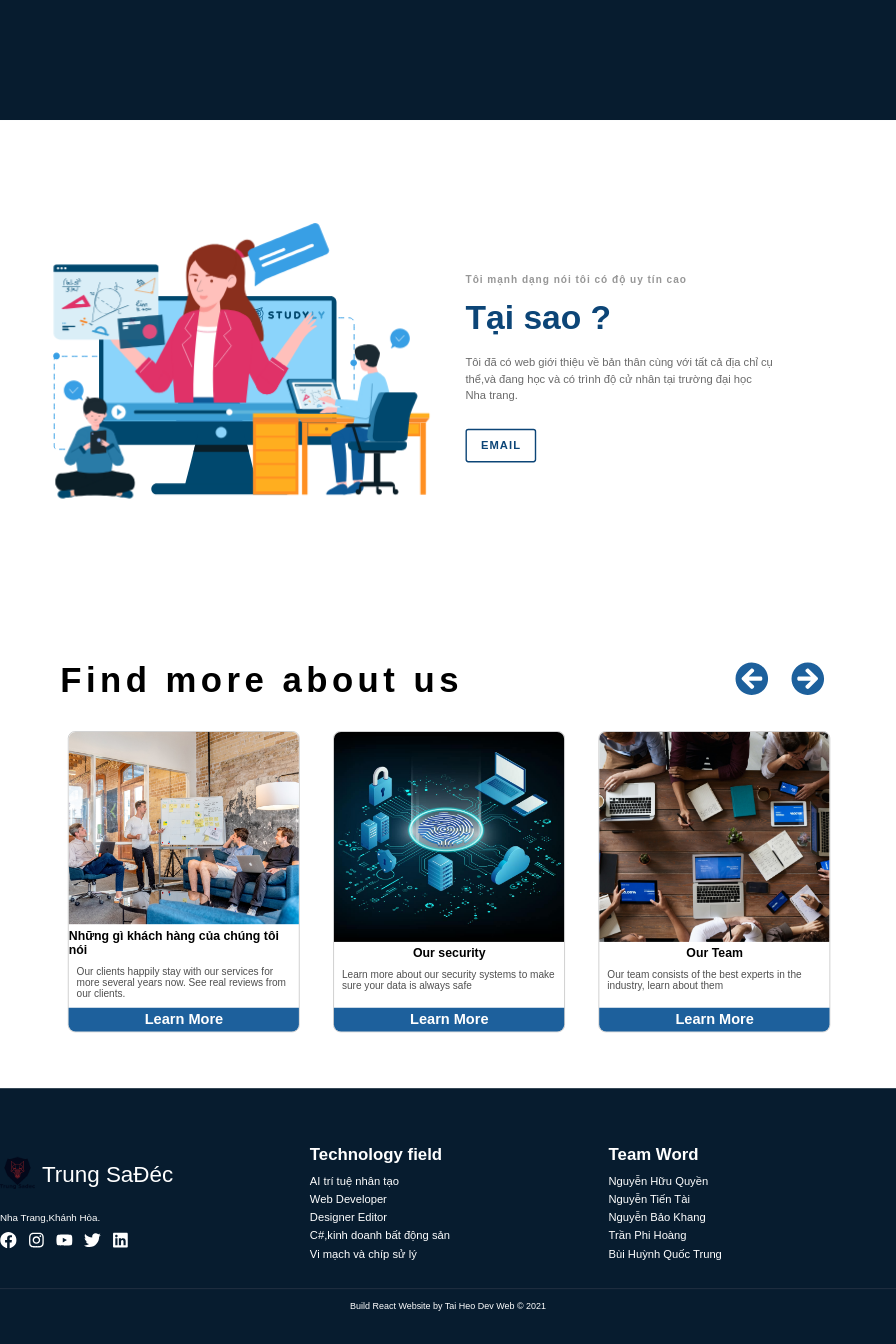
Repository: fdhhhdjd/Profile-Gift-B_H_Q_Trung
Page: /
These files come from the project's save history. The page is drawn as it stood at one moment and after the next save; the edit follows.
The browser window is 1280 px wide. The pictures show the part of the page from y = 3012 to 4932 px (the page is 4932 px tall), at 70% of full size.
Pictures or frames that could not be fetched are drawn as grey boxes. The project was rebuilt for these pictures with package versions that can differ from the ones it lists, and the page was loaded fresh each time. Also part of the build but not shown: src/Styles/PricingStyles.js, src/Data/PricingData.js, src/Pages/PricingPage.js. Imported but missing from the stored project, and not drawn on this page: src/Pages/SignUpPage.

Above is the page before, as saved 2021-10-29 12:45:28.

### src/App.js
import logo from "./logo.svg";
import "./App.css";
import { BrowserRouter as Router, Switch, Route } from "react-router-dom";
import {
  Home,
  Navbar,
  GlobalStyles,
  PricingPage,
  Footer,
} from "./Imports/Index";
function App() {
  return (
    <>
      <Router>
        <GlobalStyles />
        <Navbar />
        <Switch>
          <Route path="/" exact component={Home} />
          <Route path="/pricing" exact component={PricingPage} />
        </Switch>
        <Footer />
      </Router>
    </>
  );
}

export default App;

### src/App.css
.App {
  text-align: center;
}
*{
  text-decoration: none;
}

.App-logo {
  height: 40vmin;
  pointer-events: none;
}

@media (prefers-reduced-motion: no-preference) {
  .App-logo {
    animation: App-logo-spin infinite 20s linear;
  }
}

.App-header {
  background-color: #282c34;
  min-height: 100vh;
  display: flex;
  flex-direction: column;
  align-items: center;
  justify-content: center;
  font-size: calc(10px + 2vmin);
  color: white;
}

.App-link {
  color: #61dafb;
}

@keyframes App-logo-spin {
  from {
    transform: rotate(0deg);
  }
  to {
    transform: rotate(360deg);
  }
}

### src/Imports/Index.js
export { default as Home } from "../Pages/Home";
export { default as PricingPage } from "../Pages/PricingPage";
export { default as SignUpPage } from "../Pages/SignUpPage";
export { default as Navbar } from "../Components/Navbar";
export { default as GlobalStyles } from "../Styles/GlobalStyles";
export { default as Hero } from "../Components/Hero";
export { default as Footer } from "../Pages/Footer";

### src/Pages/Home.js
import React, { memo, useRef, useEffect } from "react";
import { Hero } from "../Imports/Index";
import FeaturesData from "../Components/FeaturesData";
import { Content } from "../Components/Content";
import { heroOne, heroTwo, heroThree } from "../Data/HeroData";
import Carousel from "../Components/Carousel";
const Home = () => {
  return (
    <>
      <Hero />
      <FeaturesData />
      <Content {...heroOne} />
      <Content {...heroTwo} />
      <Content {...heroThree} />
      <Carousel />
    </>
  );
};

export default memo(Home);

### src/Components/Navbar.js
import React, { useState, memo } from "react";
import { data } from "../Data/NavbarData";
import { FaRProject, FaTimes } from "react-icons/fa";
import { CgMenuRight } from "react-icons/cg";
import { IconContext } from "react-icons";
import { useLocation, useHistory } from "react-router-dom";
import {
  Nav,
  NavbarContainer,
  NavIcon,
  NavLogo,
  MobileIcon,
  NavMenu,
  NavItem,
  NavLinks,
} from "../Styles/NavbarStyles";
const Navbar = () => {
  const [show, setShow] = useState(false);
  let history = useHistory();
  let location = useLocation();
  const handleClick = () => {
    setShow(!show);
  };
  const scrollTo = (id) => {
    const element = document.getElementById(id);

    element.scrollIntoView({
      behavior: "smooth",
    });
  };
  const closeMobileMenu = (to, id) => {
    if (id && location.pathname === "/") {
      scrollTo(id);
    }

    history.push(to);
    setShow(false);
  };

  return (
    <>
      <IconContext.Provider value={{ color: "#fff" }}>
        <Nav>
          <NavbarContainer>
            <NavLogo to="/">
              <NavIcon src="./assets/logo2.png" alt="logo" />
              Trung&nbsp;SaĐéc
            </NavLogo>
            <MobileIcon onClick={handleClick}>
              {show ? <FaTimes /> : <CgMenuRight />}
            </MobileIcon>
            <NavMenu show={show}>
              {data.map((el, index) => (
                <NavItem key={index}>
                  <NavLinks onClick={() => closeMobileMenu(el.to, el.id)}>
                    {el.title}
                  </NavLinks>
                </NavItem>
              ))}
            </NavMenu>
          </NavbarContainer>
        </Nav>
      </IconContext.Provider>
    </>
  );
};

export default memo(Navbar);

### src/Components/Hero.js
import React, { useEffect, useRef, memo } from "react";
import { Button, Container, MainHeading } from "../Styles/GlobalStyles";
import {
  HeroVideo,
  HeroSection,
  HeroText,
  ButtonWrapper,
  HeroButton,
  CardB,
  ContactHero,
} from "../Styles/HeroStyles";
import { Typewriter } from "react-simple-typewriter";
import { Link } from "react-router-dom";
const Hero = () => {
  return (
    <>
      <HeroSection>
        <HeroVideo src="./assets/hero.mp4" autoPlay loop />
        <Container>
          <MainHeading>
            Hi,
            <CardB>
              <Typewriter
                loop
                cursor
                cursorStyle={"_"}
                pauseFor={1000}
                delaySpeed={3000}
                color="red"
                deleteSpeed={100}
                words={["I'm Bùi Huỳnh Quốc Trung "]}
              />
            </CardB>
          </MainHeading>
          <HeroText>
            Tôi,chuyên kiểm thử chip và làm vi mạch thiết bị điện tử tự động.
          </HeroText>
          <ButtonWrapper>
            <Link to="signup">
              <Button>Liên Hệ Ngay</Button>
            </Link>
            <a href="tel:0798805741">
              <HeroButton>Gọi Ngay</HeroButton>
            </a>
          </ButtonWrapper>
        </Container>
      </HeroSection>
    </>
  );
};

export default memo(Hero);

### src/Pages/Footer.js
import React from "react";
import {
  FooterLinkItems,
  FooterLinkTitle,
  FooterLink,
  FooterLogo,
  SocialIcon,
  FooterRights,
  FooterSocialIcon,
  FooterWrapper,
  FooterAddress,
  FooterColumn,
  FooterGrid,
} from "../Styles/FooterStyles";
import { footerData, footerSocialData } from "../Data/FooterData";
import { Row, Section } from "../Styles/GlobalStyles";

function Footer() {
  return (
    <Section padding="4rem 0 2rem 0">
      <FooterWrapper>
        <FooterGrid justify="space-between">
          <FooterColumn id="footerLogo">
            <FooterLogo to="/">
              <SocialIcon src="./assets/logo1.png" />
              Trung SaĐéc
            </FooterLogo>
            <FooterAddress>Nha Trang,Khánh Hòa.</FooterAddress>

            <Row align="center" margin="auto  0 0 0" gap="1rem">
              {footerSocialData.map((social, index) => (
                <FooterSocialIcon
                  key={index}
                  href={social.href}
                  target="_blank"
                  aria-label={social.name}
                >
                  {social.icon}
                </FooterSocialIcon>
              ))}
            </Row>
          </FooterColumn>
          {footerData.map((footerItem, index) => (
            <FooterLinkItems key={index}>
              <FooterLinkTitle>{footerItem.title}</FooterLinkTitle>
              {footerItem.links.map((link, linkIndex) => (
                <FooterLink key={linkIndex} href={link.href} target="_blank">
                  {link.name}
                </FooterLink>
              ))}
            </FooterLinkItems>
          ))}
        </FooterGrid>
        <FooterRights>
          Build React Website by Tai Heo Dev Web © 2021
        </FooterRights>
      </FooterWrapper>
    </Section>
  );
}

export default Footer;

### src/Components/FeaturesData.js
import React, { memo } from "react";
import { Section, Container } from "../Styles/GlobalStyles";
import {
  FeatureText,
  FeatureTitle,
  FeatureWrapper,
  FeatureColumn,
  FeatureImageWrapper,
  FeatureName,
  FeatureTextWrapper,
} from "../Styles/FeaturesStyles";
import { featuresData } from "../Data/FeaturesData";
const FeaturesData = () => {
  const initial = {
    y: 40,
    opacity: 0,
  };
  const animate = {
    y: 0,
    opacity: 1,
  };

  return (
    <>
      <Section smPadding="50px 10px" position="relative" inverse id="about">
        <Container>
          <FeatureTextWrapper>
            <FeatureTitle>Chúng tôi cung cấp gì cho bạn ?</FeatureTitle>
          </FeatureTextWrapper>
          <FeatureWrapper>
            {featuresData.map((el, index) => (
              <>
                <FeatureColumn
                  initial={initial}
                  animate={animate}
                  transition={{ duration: 0.5 + index * 0.1 }}
                  key={index}
                >
                  <FeatureImageWrapper className={el.imgClass}>
                    {el.icon}
                  </FeatureImageWrapper>
                  <FeatureName>{el.name}</FeatureName>
                  <FeatureText>{el.description}</FeatureText>
                </FeatureColumn>
              </>
            ))}
          </FeatureWrapper>
        </Container>
      </Section>
    </>
  );
};

export default memo(FeaturesData);

### src/Components/Content.js
import React, { useEffect, useRef } from "react";
import { Container, Section } from "../Styles/GlobalStyles";
import {
  ContentRow,
  TextWrapper,
  TopLine,
  Heading,
  ContentButton,
  Subtitle,
  ImgWrapper,
  Img,
  ContentColumn,
  ContentA,
  ContentButtonEmail,
  Imgs,
} from "../Styles/ContentStyles";
export const Content = ({
  primary,
  topLine,
  headline,
  description,
  buttonLabel,
  img,
  alt,
  inverse,
  reverse,

  href,

  Arrow,
  imgs,
}) => {
  return (
    <Section inverse={inverse}>
      <Container>
        <ContentRow reverse={reverse}>
          <ContentColumn>
            <TextWrapper>
              <TopLine>{topLine.text}</TopLine>
              <Heading inverse={inverse}>{headline}</Heading>
              <Subtitle inverse={inverse}>{description}</Subtitle>
              <ContentA href={href} target="_blank">
                <ContentButton inverse={inverse} primary={primary}>
                  {buttonLabel}
                </ContentButton>
              </ContentA>
            </TextWrapper>
          </ContentColumn>
          <ContentColumn>
            <ImgWrapper>
              {imgs ? <Imgs src={imgs} alt={alt} /> : <Img options={img} />}
            </ImgWrapper>
          </ContentColumn>
        </ContentRow>
      </Container>
    </Section>
  );
};

### src/Data/HeroData.js
import * as study from "../Json/study.json";
import * as practice from "../Json/practice.json";
import trung from "../Images/trung.jpg";
const defaultOptions = {
  loop: true,
  autoplay: true,
  animationData: study.default,
  rendererSettings: {
    preserveAspectRatio: "xMidYMid slice",
  },
};
const defaultOptions1 = {
  loop: true,
  autoplay: true,
  animationData: practice.default,
  rendererSettings: {
    preserveAspectRatio: "xMidYMid slice",
  },
};
export const heroOne = {
  reverse: true,
  inverse: true,
  topLine: {
    text: "Học tập Tại Trường Đại Học Nha Trang",
  },
  headline: "Trình độ đại học cử nhân Cơ điện tử.",
  description:
    "Vừa làm vừa học trau dồi bản thân và cũng để giúp khách hàng những gì gọi là tốt nhất.",
  buttonLabel: "Facebook",
  buttonLabelEmail: "Email",
  href: "https://www.facebook.com/profile.php?id=100009136510942",
  imgStart: "start",
  imgs: trung,
  start: "true",
};

export const heroTwo = {
  reverse: false,
  inverse: false,
  topLine: {
    text: "Chuyên Ngành cơ điện tử.",
  },
  headline: "Phương pháp hay nhất ",
  description:
    "Bằng mọi cách chúng tôi sẽ làm Khách hàng có trải nghiệm tốt nhất khi sử dụng sản phẩm của chúng tôi.",
  buttonLabel: "Liên hệ",
  buttonLabelEmail: "Email",
  href: "tel:0348561815",

  linkTo: "/more",
  imgStart: "start",
  img: defaultOptions1,
  start: "true",
};

export const heroThree = {
  reverse: true,
  inverse: true,
  topLine: {
    text: "Tôi mạnh dạng nói tôi có độ uy tín cao",
  },
  headline: "Tại sao ? ",
  description:
    "Tôi đã có web giới thiệu về bản thân cùng với tất cả địa chỉ cụ thể,và đang học và có trình độ cử nhân tại trường đại học Nha trang.",
  buttonLabel: "Email",
  href: "mailto:buihuynhquoctrung@gmail.com",
  linkTo: "/download",
  imgStart: "",
  img: defaultOptions,
  start: "true",
};

### src/Components/Carousel.js
import React, { useState } from "react";
import { FaArrowCircleLeft, FaArrowCircleRight } from "react-icons/fa";
import { IconContext } from "react-icons";
import { data, sliderSettings } from "../Data/CarouselData";
import { Row, Heading, Section, TextWrapper } from "../Styles/GlobalStyles";
import {
  ButtonContainer,
  ReviewSlider,
  ImageWrapper,
  CarouselImage,
  CardButton,
} from "../Styles/CarouselStyles";

const Carousel = () => {
  const [sliderRef, setSliderRef] = useState(null);

  return (
    <Section margin="auto" maxWidth="1280px" padding="50px 70px" inverse>
      <Row justify="space-between" margin="1rem" wrap="wrap">
        <Heading width="auto" inverse>
          Find more about us
        </Heading>
        <ButtonContainer>
          <IconContext.Provider value={{ size: "3rem", color: "#1d609c" }}>
            <FaArrowCircleLeft onClick={sliderRef?.slickPrev} />
            <FaArrowCircleRight onClick={sliderRef?.slickNext} />
          </IconContext.Provider>
        </ButtonContainer>
      </Row>

      <ReviewSlider {...sliderSettings} ref={setSliderRef}>
        {data.map((el, index) => (
          <ImageWrapper key={index}>
            <CarouselImage src={el.image} />
            <TextWrapper size="1.1rem" margin="0.4rem 0 0" weight="bold">
              {el.title}
            </TextWrapper>
            <TextWrapper size="0.9rem" margin="0.7rem" color="#4f4f4f">
              {el.description}
            </TextWrapper>
            <CardButton>Learn More</CardButton>
          </ImageWrapper>
        ))}
      </ReviewSlider>
    </Section>
  );
};

export default Carousel;

### src/Data/NavbarData.js
export const data = [
  {
    to: "/",
    title: "About",
    id: "about",
  },
  {
    to: "/signup",
    title: "Contact",
  },
  {
    to: "/pricing",
    title: "Pricing",
  },
];

### src/Styles/HeroStyles.js
import styled from "styled-components";
import { Button } from "../Styles/GlobalStyles";

export const HeroSection = styled.section`
  height: 100vh;
  background-position: center;
  background-size: cover;
  padding-top: clamp(70px, 25vh, 220px);
  box-shadow: inset 0 0 0 1000px rgba (0, 0, 0, 0.2);
`;

export const HeroVideo = styled.video`
  object-fit: cover;
  width: 100%;
  height: 100%;
  background: linear-gradient(to right, rgba(0, 0, 0, 0.7), rgba(0, 0, 0, 0.1));
  top: 0;
  position: absolute;
  z-index: -1;
`;

export const HeroText = styled.p`
  margin-bottom: 35px;
  font-size: clamp(0.9rem, 1.5vw, 1.3rem);
  line-height: 24px;
  text-align: center;
  letter-spacing: 2px;
  color: #fff;
`;

export const ButtonWrapper = styled.div`
  width: 100%;
  display: flex;
  justify-content: center;
  flex-flow: wrap;
  gap: 0.5rem;
`;

export const HeroButton = styled(Button)`
  color: black;

  &:before {
    background: #fff;
    height: 500%;
  }

  &:hover:before {
    height: 0%;
  }

  &:hover {
    color: white;
  }
`;
export const CardB = styled.b`
  color: blue;
`;
export const ContactHero = styled.b`
  width: 15px;
  height: 15px;
`;

### src/Styles/FeaturesStyles.js
import styled from "styled-components";

export const FeatureTitle = styled.h2`
  text-align: center;
  font-size: clamp(1.3rem, 13vw, 3.1rem);
  line-height: 1.06;
  letter-spacing: 0.4rem;
  margin: auto;
`;

export const FeatureTextWrapper = styled.div`
  position: relative;
  padding: 0 0 20px;
  margin-bottom: 4rem;
`;

export const FeatureWrapper = styled.div`
  display: grid;
  grid-template-columns: repeat(3, 1fr);
  margin-top: 4rem;
  grid-gap: 2rem;

  @media screen and (max-width: 1100px) {
    grid-template-columns: repeat(2, 1fr);
    grid-row-gap: 3rem;
  }

  @media screen and (max-width: 568px) {
    grid-template-columns: repeat(1, 1fr);
  }
`;

export const FeatureColumn = styled.div`
  display: flex;
  flex-flow: column;
  justify-content: center;
  align-items: center;
  background: #f3f3f3;
  padding: 10px;
  box-shadow: 0 0 32px 8px #d0d0d0;
  border-radius: 20px;
`;

export const FeatureImageWrapper = styled.div`
  margin-bottom: 1rem;
  border-radius: 50%;
  border: 2px solid #000;

  padding: 30px;
`;
export const FeatureName = styled.h3`
  font-weight: 600;
  font-size: 1.3rem;
  letter-spacing: 2px;

  @media screen and (max-width: 768px) {
    font-weight: 400;
    font-size: 1rem;
    letter-spacing: 1.3px;
  }
`;
export const FeatureText = styled.p`
  margin: 1rem 0 auto;
  text-align: center;
  font-size: 0.9rem;
  line-height: 1.73;
  letter-spacing: 0.5px;
  color: #626881;

  @media screen and (max-width: 768px) {
    display: none;
  }
`;

### src/Data/FeaturesData.js
import React from "react";

import { BsFillShieldLockFill } from "react-icons/bs";
import { IoIosOptions } from "react-icons/io";
import { AiOutlineCloudUpload } from "react-icons/ai";
import { BiSupport, BiDollar } from "react-icons/bi";
import { GrHostMaintenance } from "react-icons/gr";
const iconStyle = (Icon) => <Icon size="3rem" color="#0f0f0f" />;

export const featuresData = [
  {
    name: "Bảo mật dữ liệu",
    description:
      "Chúng tôi luôn đặt hàng đầu về vấn đề này để quý khách an tâm nhất.",
    icon: iconStyle(BsFillShieldLockFill),
    imgClass: "one",
  },
  {
    name: "Dễ Sử dụng",
    description:
      "Chip hay mạch đều lắp ráp và lập trình với mức độ dễ sử dụng nhất đến với khác hàng ",
    icon: iconStyle(IoIosOptions),
    imgClass: "two",
  },
  {
    name: "Vấn đề bảo hàng bảo dưỡng",
    description:
      "Bảo hàng bảo dường những thiết bị điện tử luôn được chúng tôi thiết kế dễ bảo trì sữa chữa.",
    icon: iconStyle(GrHostMaintenance),
    imgClass: "three",
  },
  {
    name: " Đội ngủ hộ trợ 24/7 ",
    description:
      "Nếu có thắc mắc hay vấn đề đội ngủ chúng tôi luôn giúp đỡ 24/7",
    icon: iconStyle(BiSupport),
    imgClass: "four",
  },
  {
    name: "Giá cả",
    description:
      "Luôn với mức ưu đãi nhất cho quý khách,chip,... mức giá thị trường.",
    icon: iconStyle(BiDollar),
    imgClass: "five",
  },
  {
    name: "Sản phẩm",
    description:
      "Đa dạng để phục vụ tất cả những yêu cầu của khách cùng với mức độ tin cậy nhất. ",
    icon: iconStyle(AiOutlineCloudUpload),
    imgClass: "six",
  },
];

### src/Data/CarouselData.js
export const data = [
  {
    title: "Những gì khách hàng của chúng tôi nói",
    description:
      "Our clients happily stay with our services for more several years now. See real reviews from our clients.",
    image: "./assets/clients.jpg",
  },
  {
    title: "Our security ",
    description:
      "Learn more about our security systems to make sure your data is always safe",
    image: "./assets/security.jpg",
  },
  {
    title: "Our Team",
    description:
      "Our team consists of the best experts in the industry, learn about them",
    image: "./assets/teamwork.jpg",
  },
  {
    title: "Our servers",
    description: "Find more about hardware and software used for your service",
    image:
      "https://images.pexels.com/photos/325229/pexels-photo-325229.jpeg?cs=srgb&dl=pexels-manuel-geissinger-325229.jpg&fm=jpg",
  },
  {
    title: "Our top clients",
    description: "We have provided services to top clients in tech industry",
    image:
      "https://images.unsplash.com/photo-1522071820081-009f0129c71c?ixid=MnwxMjA3fDB8MHxwaG90by1wYWdlfHx8fGVufDB8fHx8&ixlib=rb-1.2.1&auto=format&fit=crop&w=1170&q=80",
  },
];

export const sliderSettings = {
  arrows: false,
  slidesToShow: 3,
  focusOnselect: false,
  accessability: false,
  responsive: [
    {
      breakpoint: 1280,
      settings: {
        slidesToShow: 2,
      },
    },

    {
      breakpoint: 900,
      settings: {
        slidesToShow: 1,
      },
    },
  ],
};

### src/Styles/CarouselStyles.js
import styled from "styled-components";
import { Row } from "../Styles/GlobalStyles";
import Slider from "react-slick";

export const CarouselImage = styled.img`
  width: 100%;
  height: 300px;
  border-radius: 10px 10px 0 0;
  object-fit: cover;
  vertical-align: middle;
`;

export const ImageWrapper = styled.div`
  width: 90%;
  display: flex !important;
  justify-content: center;
  flex-direction: column;
  align-items: center;
  border-radius: 10px;
  outline: none;
  height: 430px;

  @media screen and (min-width: 440px) {
    border: 1px solid #bebebe;
  }
`;

export const ButtonContainer = styled(Row)`
  & svg {
    margin: 0 1rem;
    cursor: pointer;
  }

  & svg:hover {
    opacity: 0.7;
    transition: opacity 0.2s ease-in;
  }
  @media screen and (max-width: 960px) {
    margin: 0 auto;
  }
`;

export const ReviewSlider = styled(Slider)`
  width: 100%;

  .slick-track {
    display: flex;
    padding: 30px;
    gap: 3rem;
  }
  .slick-slide {
    display: flex;
    justify-content: center;
    margin-bottom: 1;
    outline: none;
  }

  .slick-list {
    overflow: hidden;
  }
`;

export const CardButton = styled.button`
  background-color: #1d609c;
  font-size: 1.3rem;
  padding: 5px 10px;
  color: #fff;
  cursor: pointer;
  width: 100%;
  font-weight: 600;
  margin: auto 0 0 0;
  border: none;
  border-radius: 0 0 10px 10px;

  &:hover {
    background-color: #112f4a;
    transition: background-color 0.2s ease-in;
  }
`;

Loaded but not shown: public/index.html (common file); src/index.js (common file); src/index.css (common file); src/reportWebVitals.js (common file); src/Json/study.json (1 lines, source omitted); src/Json/practice.json (1 lines, source omitted); src/Styles/GlobalStyles.js (140 lines, source omitted); src/Styles/ContentStyles.js (205 lines, source omitted); src/Styles/FooterStyles.js (161 lines, source omitted); src/Styles/NavbarStyles.js (135 lines, source omitted); src/Data/FooterData.js (92 lines, source omitted)

After the next save:
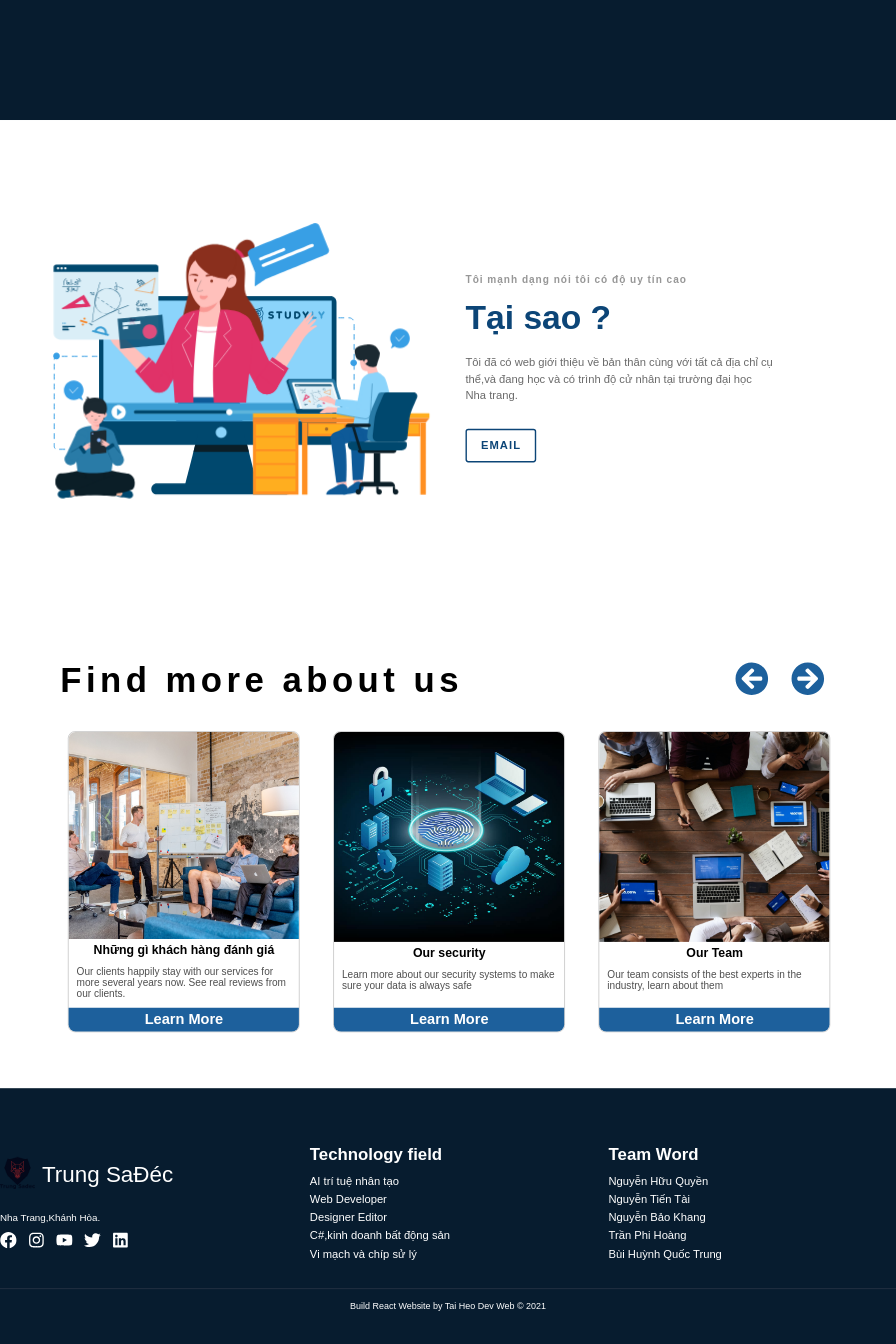
Saved 10 s later.
--- a/src/Data/CarouselData.js
+++ b/src/Data/CarouselData.js
@@ -1,6 +1,6 @@
 export const data = [
   {
-    title: "Những gì khách hàng của chúng tôi nói",
+    title: "Những gì khách hàng đánh giá",
     description:
       "Our clients happily stay with our services for more several years now. See real reviews from our clients.",
     image: "./assets/clients.jpg",
